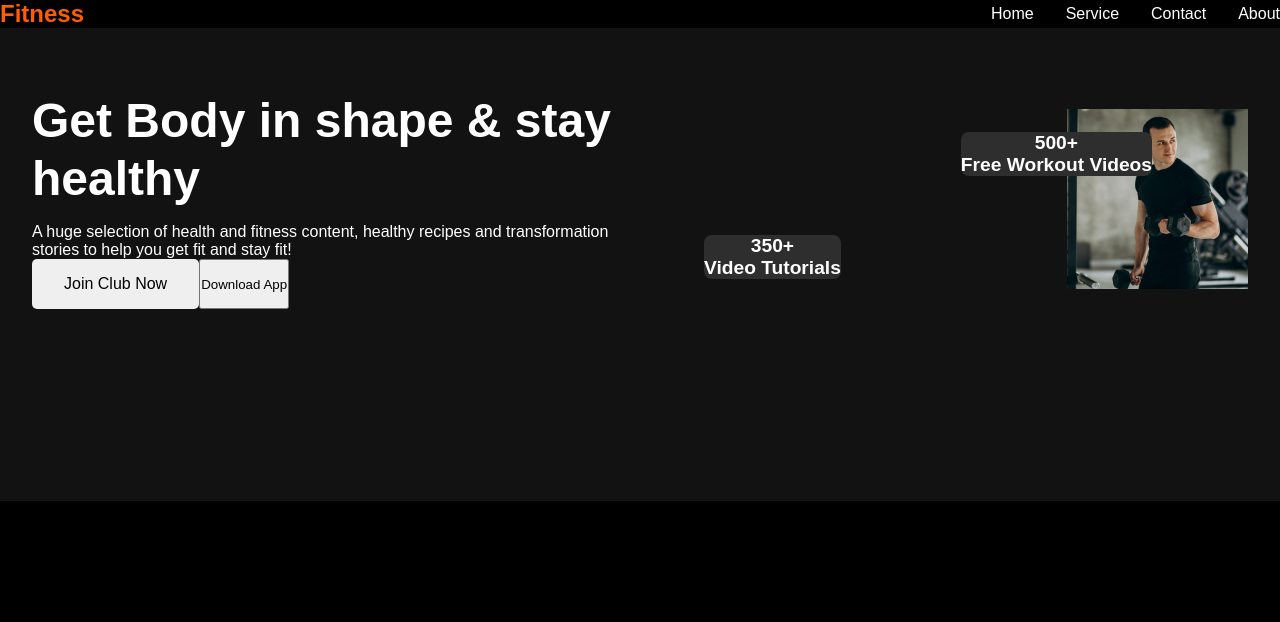
Repository: Aminul-Islam85/Assignment-2
Page: index.html
These files come from the project's save history. The page is drawn as it stood at one moment and after the next save; the edit follows.
The browser window is 1280 px wide. The pictures show the whole page.

Above is the page before, as saved 2024-10-23 15:26:13.

### index.html
<!DOCTYPE html>
<html lang="en">
<head>
    <meta charset="UTF-8">
    <meta name="viewport" content="width=device-width, initial-scale=1.0">
    <title>Fitness Website</title>
    <link rel="stylesheet" href="styles.css">
</head>
<body>

    <nav class="navbar">
        <h1 class="heading-text"></a>Fitness</h1>
        <ul class="nav-links">
            <li><a href="#"></a>Home</li>
            <li><a href="#"></a>Service</li>
            <li><a href="#"></a>Contact</li>
            <li><a href="#"></a>About</li>
        </ul>
        <div class="hamburger">
            <span></span>
            <span></span>
            <span></span>
        </div>
    </nav>

    <section class="hero">
        <div class="hero-content">
            <h1>Get Body in <span class="highlighted">shape</span> & stay healthy</h1>
            <p>A huge selection of health and fitness content, healthy recipes and transformation stories to help you get fit and stay fit!</p>
            <div class="hero-buttons">
                <button class="cta-btn join-btn"> Join Club Now</button>
                <button cta-btn download-btn>Download App</button>
            </div>
        </div>
        <div class="hero-image">
            <img src="images/image 5.png" alt="Trainer">
        </div>

        <div class="info-card workout-card">500+<br>Free Workout Videos</div>
        <div class="info-card tutorial-card">350+<br>Video Tutorials</div>
    </section>

    <section class="habits">

    </section>


</body>
</html>

### styles.css
/*Global Styles*/
* {
    margin: 0;
    padding: 0;
    box-sizing: border-box;
}

body {
    font-family: 'Arial', sans-serif;
    background-color: black;
    color: #fff;
}

/*Navbar*/
.navbar {
    display: flex;
    justify-content: space-between;
    align-items: center;
    padding: 1 rem 2 rem;
    background-color: transparent;
}

.heading-text {
    font-size: 1.5rem;
    color: #ff5e00;
}

/*nav-link hidden in moble*/
.nav-links {
    list-style: none;
    display: flex;
    gap: 2rem;
}

.nav-links a {
    color: #fff;
    text-decoration: none;
    font-size: 1rem;
}

/*Hamburger menu hidden in desktop*/
.hamburger {
    display: none;
    flex-direction: column;
    cursor: pointer;
}

.hamburger span {
    width: 25px;
    height: 3px;
    background-color: #fff;
    margin: 4px;
    transition: 0.3s;
}

/*responsiveness*/

@media (max-width: 768) {
    .nav-links {
        display: none;
    }
    .hamburger {
        display: flex;
    }
    /*hamburger clicked show nav-links*/
    .navbar.active .nav-links {
        display: flex;
        flex-direction: column;
        position: absolute;
        top: 60px;
        right: 0;
        background-color: #12121212;
        width: 100%;
        height: auto;
        text-align: center;
        padding: 1rem;
    }
    .nav-links li {
        margin: 1rem 0;
    }
}

/* Hero section*/
.hero {
    display: flex;
    justify-content: space-between;
    align-items: center;
    padding: 4rem 2rem;
    background-color: #121212;
    position: relative;
}
.hero-content {
    max-width: 50%;
}

.hero h1 {
    font-size: 3rem;
    line-height: 1.2;
    margin-bottom: 1rem;
}

.hero.highlighted {
    font-style: italic;
    font-weight: 700;
    color: #ff5e00;
}

hero p {
    font-size: 1.2rem;
    margin-bottom: 2rem;
}

.hero-buttons {
    display: flex;
    gap: irem;
}

.cta-btn {
    padding: 1rem 2rem;
    font-size: 1rem;
    border: none;
    border-radius: 5px;
    cursor: pointer;
}

.join.btn {
    background-color: #ff5e00;
    color: #fff;
}

.download-btn {
    background-color: transparent;
    border: 2px solid #fff;
    color: #fff;
}

.hero-image img {
    max-width: 100%;
    height: auto;
}

/*Info Cards*/
.info-card {
    position: absolute;
    background-color: #2e2e2e;
    color: white;
    border-radius: 8px;
    padding: 1re 1.5rem;
    font-size: 1.2rem;
    font-weight: bold;
    text-align: center;
}

.workout-card {
    top: 30%;
    right: 10%;
}

.tutorial-card {
    top: 60%;
    left: 55%;
}

/*Hero reponsive for mobile*/
@media (max-width: 768px) {
.hero {
    flex-direction: column;
    text-align: center;
}
.hero-content {
    max-width: 100%;
    margin-bottom: 2rem;
}
.hero-image img {
    max-width: 100%;
    height: auto;
}
.info-card {
    font-size: 1rem;
    padding: 0.75rem 1 rem;
    position: relative;
    margin: 1rem auto;
    width: auto;
}
.workout-card, .tutorial-card {
    top: auto;
    left: auto;
    right: auto;
    transform: none;
    margin-bottom: 1rem;
 }
}

/*Hero Buttons on mobile*/
@media (max-width:480px) {
    .hero-buttons {
        flex-direction: column;
        gap: 1rem;
    }
    .cta-btn {
        width: 100%;
    }
}

/*Change habit section*/
.habits {
    padding: 4rem 2rem;
    text-align: center;
    background-color: #121212;
}

.habits h2 {
    font-size: 2.5rem;
    margin-bottom: 1rem;
}

.habits p {
    font-size: 1.2rem;
    margin-bottom: 2rem;
}

.habits-gallery {
    display: flex;
    justify-content: space-around;
    align-items: center;
    flex-wrap: wrap;
    gap: 2rem;
}

.habit-item {
    text-align: center;
    max-width: 200px;
}

.habit-item img {
    width: 100px;
    height: 100px;
    border-radius: 50%;
    margin-bottom: 1rem;
}

.habit-item h3 {
    font-size: 1.5rem;
    margin-bottom: 0.5rem;
}
.habit-item p {
    font-size: 1rem;
    color: #aaa;
}

/*Extra mile section*/
.extra-mile {
    display: flex;
    justify-content: space-between;
    align-items: center;
    background-color: #2e2e2e;
    padding: 4rem 2rem;
    border-radius: 20px;
    margin: 4rem 0;
}

.extra-mile-content {
    max-width: 50%;
}
extra-mile h2 {
    font-size: 2.5rem;
    margin-bottom: 1rem;
}
.extra-mile p {
    font-size: 1.2rem;
    margin-bottom: 2rem;
}
.extra-mile btn {
    background-color: #ff5e00;
    color: white;
    border: none;
    padding: 1rem 2rem;
    border-radius: 5px;
    cursor: pointer;
}
.extra-mile image img {
    border-radius: 10px;
    max-width: 100%;
}
/*Footer*/
footer {
    text-align: center;
    padding: 1rem;
    background-color: #333;
    color: #fff;
    margin-top: 2rem;
}
/*responsive design*/
@media (max-width: 768px) {
    .hero h1 {
        font-size: 2rem;
    }
    .hero p {
        font-size: 1rem;
    }
    .extra-mile {
        flex-direction: column;
        text-align: center;
    }
    .extra-mile-content, .extra-mile-image {
        max-width: 100%;
    }
}

@media (max-width: 480px) {
    hero h1 {
        font-size: 1.5rem;
    }
    .hero p {
        font-size: 0.9rem;
    }
}

/* Trainings and Exercise*/
.trainings-exercises {
    padding: 4rem 2rem;
    text-align: center;
    background-color: #121212;
}

.trainings-exercises h2 {
    font-size: 2.5rem;
    margin-bottom: 1rem;
}
.trainings-exercises p {
    font-size: 1.2rem;
    margin-bottom: 2rem;
    color: #aaa;
}
.exercise-gallery {
    display: grid;
    grid-template-columns: repeat(3, 1fr);
    gap: 1rem;
}
.exercise-item {
    position: relative;
}
.exercise-item img {
    width: 100%;
    height: auto;
    border-radius: 10px;
}
.exercise-overlay {
    position: absolute;
    top: 0;
    left: 0;
    width: 100%;
    height: 100%;
    background-color: rgba(0, 0, 0, 0.5);
    color: white;
    display: flex;
    justify-content: center;
    align-items: center;
    opacity: 0;
    transition: opacity 0.3s ease;
    border-radius: 10px;
}
.exercise-item:hover .exercise-overlay {
    opacity: 1;
}
.exercise-overlay p {
    font-size: 1.2rem;
    text-align: center;
}

/*BMI*/
.bmi-calculator {
    background-color: #121212;
    padding: 4rem 2rem;
}
.bmi-title {
    text-align: center;
    margin-bottom: 2rem;
}
.bmi-title h2 {
    font-size: 2.5rem;
    margin-bottom: 1rem;
    color: #fff;
}
.bmi-title p {
    font-size: 1.2rem;
    color: #aaa;
}

/*calculator*/
.bmi-content {
    display: flex;
    justify-content: space-between;
    align-items: flex-start;
    background-color: #121212;
    padding: 2rem;
    border-radius: 20px;
}
.bmi-chart {
    flex: 1;
    margin-right: 2rem;
}
.bmi-chart h3 {
    color:#fff;
    margin-bottom: 1rem;
}
.bmi-chart table {
    width: 100%;
    border-collapse: collapse;
}
.bmi-chart table th, .bmi-chart table td {
    padding: 1rem;
    text-align: left;
    border: 1px solid #fff;
    color: #fff;
}
.bmi-form {
    flex: 1;
}
bmi-form h3 {
    color: #fff;
    margin-bottom: 1rem;
}
bmi-form p {
    margin-bottom: 2rem;
    color: #aaa;
}
.bmi-form input, .bmi-form select {
    width: 100%;
    padding: 1rem;
    margin-bottom: 1rem;
    border-radius: 5px;
    border: none;
    background-color: #333;
    color: #fff;
}
.bmi-form select {
    cursor: pointer;
}
.bmi-form, .calculate-btn {
    width: 100%;
    padding: 1rem 2rem;
    border-radius: 5px;
    border: none;
    background-color: #ff5e00;
    color: white;
    cursor: pointer;
    text-align: center;
}

/*responsiveness*/
@media (max-width: 768px) {
    .bmi-content {
        flex-direction: column;
    }
    .bmi-chart {
        margin-right: 0;
        margin-bottom: 2rem;
    }
}

/*Meet our team*/
.team-selection {
    background-color: #121212;
    padding: 4rem 2rem;
}
.team-title {
    text-align: center;
    margin-bottom: 2rem;
}
.team-title h2 {
    font-size: 2.5rem;
    margin-bottom: 1rem;
    color: #fff;
}
.team-title p {
    font-size: 1.2rem;
    color: #aaa;
}

/*Team-content*/
.team-content {
    display: grid;
    grid-template-columns: repeat(3,1fr);
    gap: 1.5rem;
    background-color: #2e2e2e;
    padding: 2rem;
    border-radius: 20px;
}
.team-member {
    position: relative;
    border-radius: 10px;
    overflow: hidden;
}
.team-member img {
    width: 100%;
    height: auto;
    border-radius: 10px;
}
.team-overlay {
    position: absolute;
    bottom: 0;
    left: 0;
    width: 100%;
    background-color: rgba(0, 0, 0, 0.5);
    color: white;
    padding: 1rem;
    text-align: center;
    transition: background-color 0.3s ease;
}
.team-member:hover .team-overlay {
    background-color: rgba(0, 0, 0, 0.7);
}
.team-overlay h3 {
    margin: 0;
    font-size: 1.2rem;
}
.team-overlay p {
    margin: 0.5rem 0 0;
    font-size: 0.9rem;
}

/*responsive design*/
@media (max-width: 768px) {
    .team.content {
        grid-template-columns: repeat(2, 1fr);
    }
}

@media (max-width: 480px) {
    .team.content {
        grid-template-columns: 1fr;
    }
}

/*footer section*/
.footer-section {
    background-color: #2e2e2e;
    padding: 4rem 2rem;
    color: #fff;
}
.footer-content {
    display: flex;
    justify-content: space-between;
    align-items: flex-start;
    margin-bottom: 2rem;
}
.footer-logo {
    font-size: 2.5rem;
    color: #ff5e00;
}
.footer-content p {
    max-width: 300px;
    color: #aaa;
}
.footer-links {
    display: flex;
    flex-direction: column;
}
.footer-links h3 {
    margin-bottom: 1rem;
}
.footer-links ul {
    list-style: none;
    padding: 0;
}
.footer-links li {
    margin-bottom: 0.5rem;
}
.footer-links a {
    color: #fff;
    text-decoration: none;
    transition: 0.3s ease;
}
.footer-links a:hover {
    color: #ff5e00;
}
.footer-bottom {
    text-align: center;
    padding-top: 1rem;
    border-top: 1px solid #444;
    color: #aaa;
}

/*rensiveness*/
@media (max-width: 768px) {
    .footer-content {
        flex-direction: column;
        text-align: center;
    }
    .footer-links {
        margin-top: 2rem;
    }
}

After the next save:
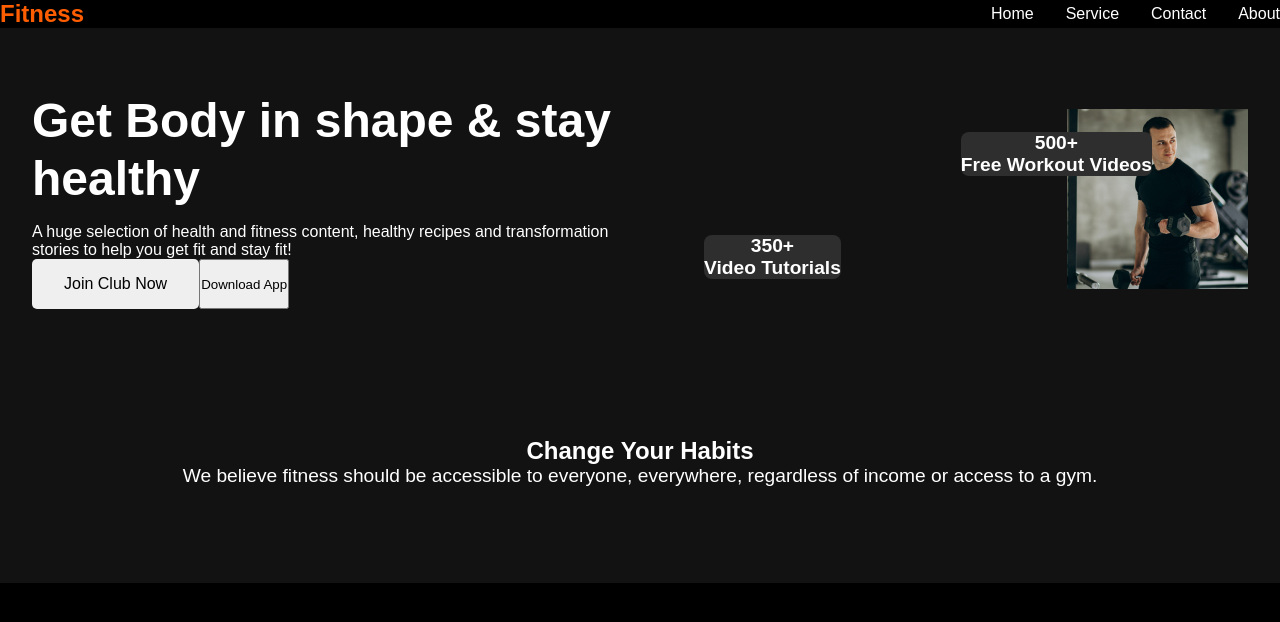
Saved 108 s later.
--- a/index.html
+++ b/index.html
@@ -41,6 +41,8 @@
     </section>
 
     <section class="habits">
+        <h1>Change Your Habits</h1>
+        <p>We believe fitness should be accessible to everyone, everywhere, regardless of income or access to a gym.</p>
 
     </section>
 
